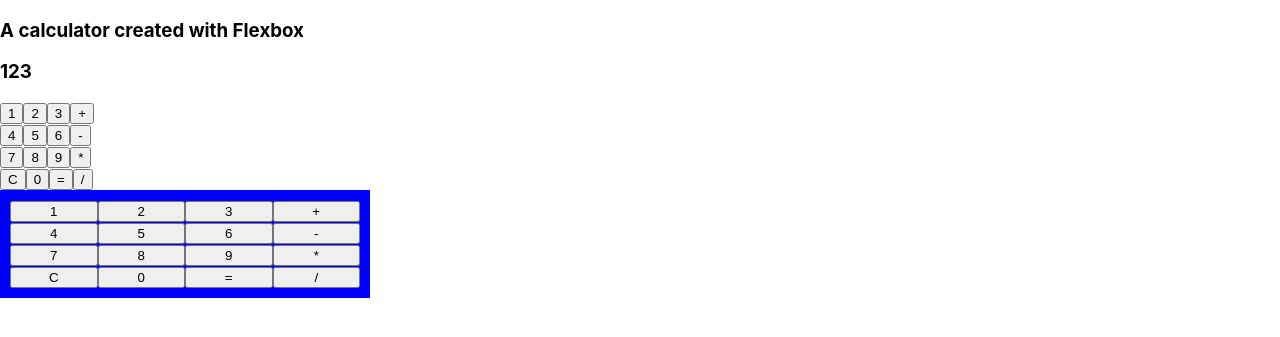
Repository: qudos4real/calculator
Page: /
An editor plug-in stored every save of this project. The page is shown before and after a run of saves, followed by the edit.
The browser window is 1280 px wide. The pictures show the whole page.
The project was rebuilt for these pictures with package versions that can differ from the ones it lists, and the page was loaded fresh each time.

Above is the page before, as saved 2022-10-09 00:37:45.

### src/index.css
body {
  margin: 0;
  font-family: -apple-system, BlinkMacSystemFont, 'Segoe UI', 'Roboto', 'Oxygen',
    'Ubuntu', 'Cantarell', 'Fira Sans', 'Droid Sans', 'Helvetica Neue',
    sans-serif;
  -webkit-font-smoothing: antialiased;
  -moz-osx-font-smoothing: grayscale;
}

code {
  font-family: source-code-pro, Menlo, Monaco, Consolas, 'Courier New',
    monospace;
}
   border: 10px solid black;

### src/App.js
import React, {useState} from "react";
import Buttons from "./components/Buttons";
import Main from "./components/Main";


function App() {
  let [calc, setCalc] = useState({
    sign: "",
    num: 0,
    res: 0,
  })
  return (
    <div>
     <Main />
     <Buttons />
    </div>
  );
}

export default App;

### src/components/Buttons.js
import React from "react";
import "./Buttons.css";

const numbers = [
  [1, 2, 3, "+"],
  [4, 5, 6, "-"],
  [7, 8, 9, "*"],
  ["C", 0, "=", "/"],
];

function Buttons() {
  return (
    <div className="buttonWrapper">
      {numbers.flat().map((num) => {
        return (
          <button
            key={num}
            className="num"
            value={num}
            onClick={() => {
              console.log(`${num} clicked`);
            }}
          >
            {num}
          </button>
        );
      })}

      {/* {numbers.map((num) => {
                return (
                    <button key={num} className="num" value={num} onClick={() => {
                        console.log(`${num} clicked`)
                    }
                    } >{num}</button>
                )
            })} */}
    </div>
  );
}

export default Buttons;

### src/components/main.js

import React from 'react'

function Main() {
    return (
        <>
            <div className="major-container">
                <h3>A calculator created with Flexbox</h3>
                <div className="container">
                    <div className="output"><h3>123</h3></div>
                    <div className="container-elements">
                        <div className="container2">
                            <button className="calc_btn number">1</button>
                            <button className="calc_btn number">2</button>
                            <button className="calc_btn number">3</button>
                            <button className="calc_btn operator">+</button>
                        </div>
                        <div className="container2">
                            <button className="calc_btn number">4</button>
                            <button className="calc_btn number">5</button>
                            <button className="calc_btn number">6</button>
                            <button className="calc_btn operator">-</button>
                        </div>
                        <div className="container2">
                            <button className="calc_btn number">7</button>
                            <button className="calc_btn number">8</button>
                            <button className="calc_btn number">9</button>
                            <button className="calc_btn operator">*</button>
                        </div>
                        <div className="container2">
                            <button className="calc_btn cancel">C</button>
                            <button className="calc_btn number">0</button>
                            <button className="calc_btn number">=</button>
                            <button className="calc_btn operator">/</button>
                        </div>
                    </div>
                </div>
            </div>
        </>
    )
}

export default Main;

### src/components/Buttons.css
.buttonWrapper {
    width: 350px;
    padding: 10px;
    background-color: blue;
}
.num {
    width: 25%;
}

### src/components/screen.js


import React from 'react'

function Screen() {
    return (
        <div className='screen'>
           <p>123</p>
        </div>
    )
}

export default Screen

Loaded but not shown: public/index.html (common file); src/index.js (common file)

After the next 2 saves:
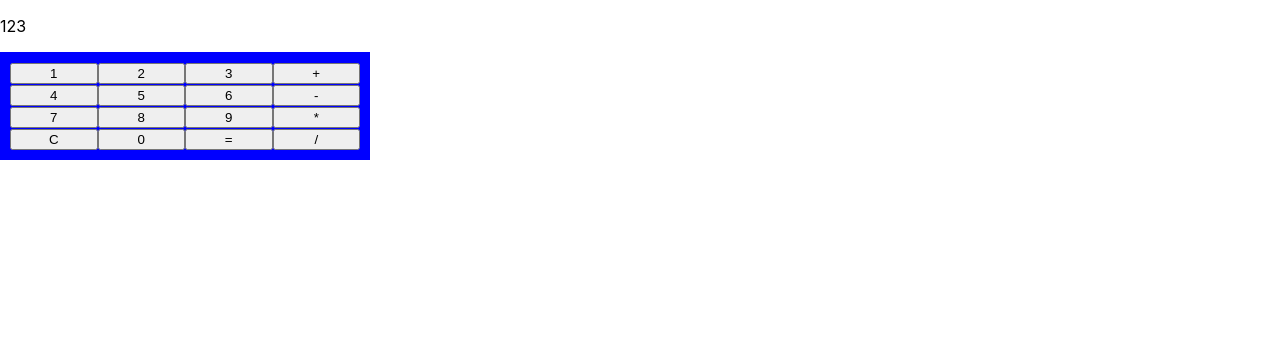
The 2 saves are shown as one change because 1 did not build or start.
The last was saved 38 s later.
--- a/src/App.js
+++ b/src/App.js
@@ -1,17 +1,17 @@
 import React, {useState} from "react";
 import Buttons from "./components/Buttons";
-import Main from "./components/Main";
+import Screen from "./components/screen";
 
 
 function App() {
-  let [calc, setCalc] = useState({
-    sign: "",
-    num: 0,
-    res: 0,
-  })
+  // let [calc, setCalc] = useState({
+  //   sign: "",
+  //   num: 0,
+  //   res: 0,
+  // })
   return (
     <div>
-     <Main />
+     <Screen />
      <Buttons />
     </div>
   );
